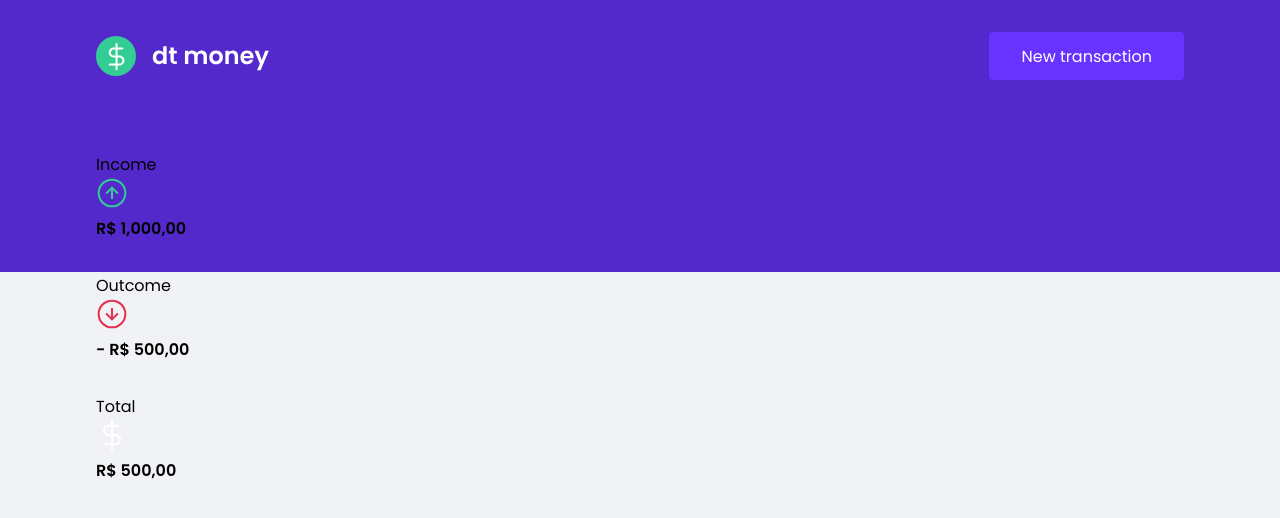
Repository: JoseGu1llardi/dtmoney
Page: /
These files come from the project's save history. The page is drawn as it stood at one moment and after the next save; the edit follows.
The browser window is 1280 px wide. The pictures show the whole page.
The project was rebuilt for these pictures with package versions that can differ from the ones it lists, and the page was loaded fresh each time.

Above is the page before, as saved 2022-12-30 15:00:29.

### public/index.html
<!DOCTYPE html>
<html lang="en">
  <head>
    <link rel="preconnect" href="https://fonts.googleapis.com" />
    <link rel="preconnect" href="https://fonts.gstatic.com" crossorigin />

    <meta charset="utf-8" />
    <meta name="viewport" content="width=device-width, initial-scale=1" />

    <link
      href="https://fonts.googleapis.com/css2?family=Poppins:wght@400;600&display=swap"
      rel="stylesheet"
    />

    <link rel="shortcut icon" href="favicon.png" type="image/png" />

    <title>Guillardi Money</title>
  </head>
  <body>
    <noscript>You need to enable JavaScript to run this app.</noscript>
    <div id="root"></div>
  </body>
</html>

### src/index.tsx
import { StrictMode } from 'react';
import { createRoot } from 'react-dom/client';
import { App } from './App';

const root = createRoot(
  document.getElementById('root') as HTMLElement
);
root.render(
  <StrictMode>
    <App />
  </StrictMode>
);

### src/App.tsx
import { Dashboard } from "./components/Dashboard";
import { Header } from "./components/Header";

import { GlobalStyle } from "./styles/global";

export function App() {
  return (
    <>
      <Header />
      <Dashboard />
      <GlobalStyle />
    </>
  );
}

### src/components/Dashboard/index.tsx
import { Summary } from "../Summary";

import { Container } from "./styles";


export function Dashboard() {
    return (
        <Container>
            <Summary />
        </Container>
    )
}

### src/components/Header/index.tsx
import logoImg from '../../assets/logo.svg'
import { Container, Content } from './styles'

export function Header() {
    return (
        <Container>
            <Content>
                <img src={logoImg} alt="Logo Guillardi Money" />
                <button>
                    New transaction
                </button>
            </Content>
        </Container>
    )
}

### src/styles/global.ts
import { createGlobalStyle } from "styled-components";

export const GlobalStyle = createGlobalStyle`
    :root {
        --background: #F0F2F5;
        --red: #e52e4d;
        --blue: #5429cc;
        --green: #33cc95;

        --blue-light: #6933ff;

        --text-title: #363f5f;
        --text-body: #969cb3;

        --background: #f0f2f5;
        --shape: #ffffff;
    }

    * {
        margin: 0;
        padding: 0;
        box-sizing: border-box;
    }

    html {
        @media (max-width: 1080px) {
            font-size: 93.75%;

        @media (max-width: 720px) {
            font-size: 87.5%;
        }
    }

    }

    body {
        background: var(--background);
        -webkit-font-smoothing: antialiased;
    }

    body, input, textarea, button {
        font-family: 'Poppins', sans-serif;
        font-weight: 400;
    }

    h1, h2, h3, h4, h5, h6, strong {
        font-weight: 600;
    }

    button {
        cursor: pointer;
    }

    [disabled] {
        opacity: 0.6;
        cursor: not-allowed;
    }
`;

### src/components/Summary/index.tsx
import { Container } from './styles';

import incomeImg from '../../assets/income.svg';
import outcomeImg from '../../assets/outcome.svg';
import totalImg from '../../assets/total.svg';

export function Summary() {
    return (
        <Container>
            <div>
                <header>
                    <p>Income</p>
                    <img src={incomeImg} alt="Logo income" />
                </header>
                <strong>R$ 1,000,00</strong>
            </div>

            <div>
                <header>
                    <p>Outcome</p>
                    <img src={outcomeImg} alt="Logo outcome" />
                </header>
                <strong>- R$ 500,00</strong>
            </div>

            <div>
                <header>
                    <p>Total</p>
                    <img src={totalImg} alt="Logo total" />
                </header>
                <strong>R$ 500,00</strong>
            </div>
        </Container>
    )
}

### src/components/Header/styles.ts
import styled from "styled-components";

export const Container = styled.header`
  background: var(--blue);
`;

export const Content = styled.div`
  max-width: 1120px;
  margin: 0 auto;

  padding: 2rem 1rem 12rem;
  display: flex;
  align-items: center;
  justify-content: space-between;

  button {
    font-size: 1rem;
    color: white;
    background: var(--blue-light);
    border: 0;
    padding: 0 2rem;
    border-radius: 0.25rem;
    height: 3rem;

    transition: filter 0.2s;

    &:hover {
      filter: brightness(0.9);
    }
  }
`;

### src/components/Summary/styles.ts
import styled from "styled-components";

export const Container = styled.div`
  display: grid;
  grid-template-collumns: repeat(3, 1fr);
  gap: 2rem;
  margin-top: -10rem;
`;

Loaded but not shown: src/components/Dashboard/styles.ts (common file)

After the next save:
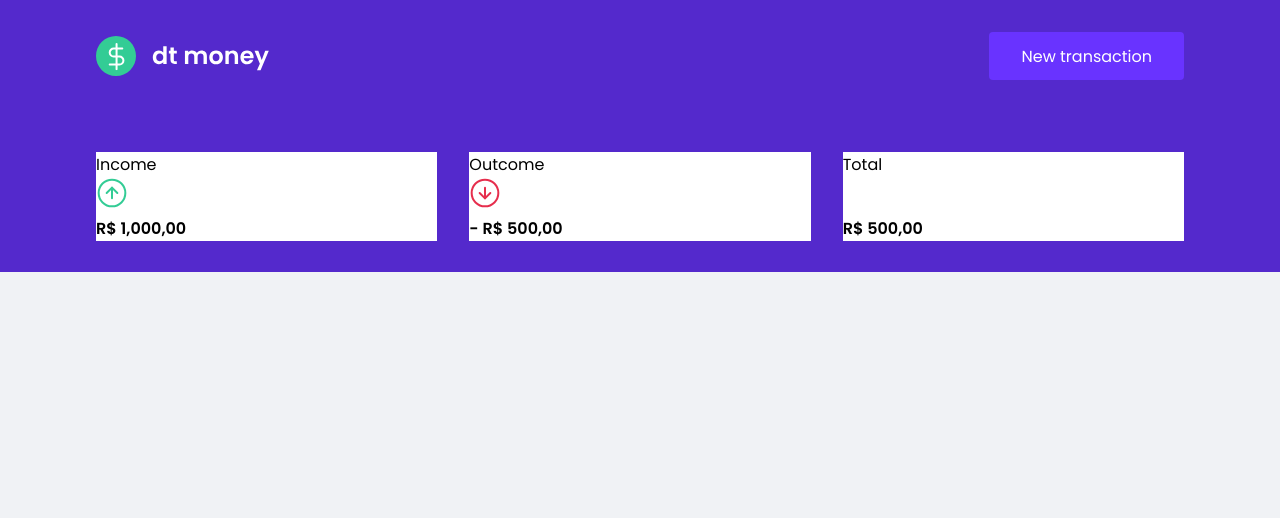
Saved 2 min 56 s later.
--- a/src/components/Summary/styles.ts
+++ b/src/components/Summary/styles.ts
@@ -2,7 +2,11 @@ import styled from "styled-components";
 
 export const Container = styled.div`
   display: grid;
-  grid-template-collumns: repeat(3, 1fr);
+  grid-template-columns: repeat(3, 1fr);
   gap: 2rem;
   margin-top: -10rem;
+
+  div {
+    background: var(--shape);
+  }
 `;
